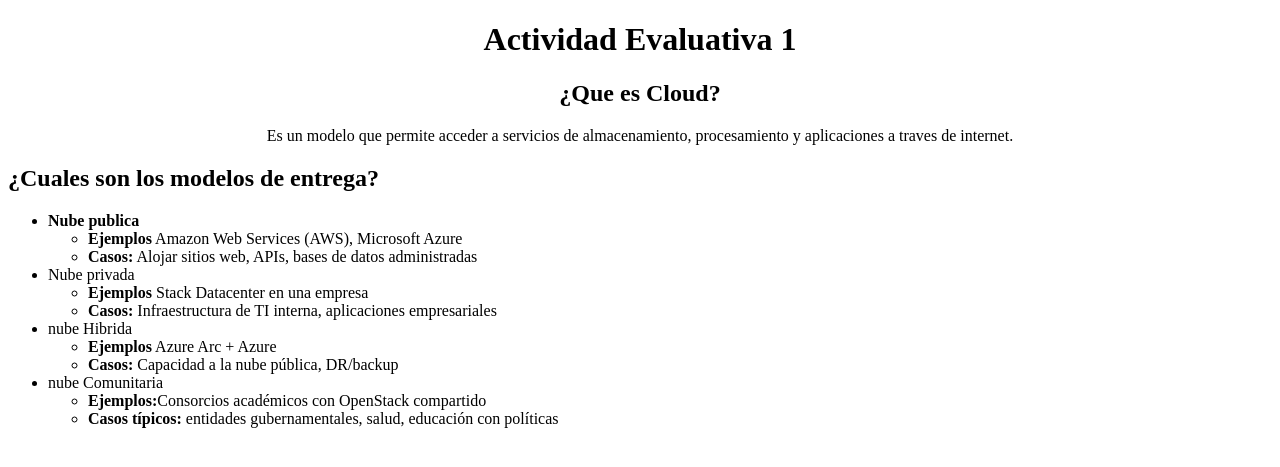
Repository: Laura-Oliveros/Actividad-Evaluativa-1
Page: LauSebas.html
These files come from the project's save history. The page is drawn as it stood at one moment and after the next save; the edit follows.
The browser window is 1280 px wide. The pictures show the whole page.

Above is the page before, as saved 2025-09-04 19:07:15.

After the next save:
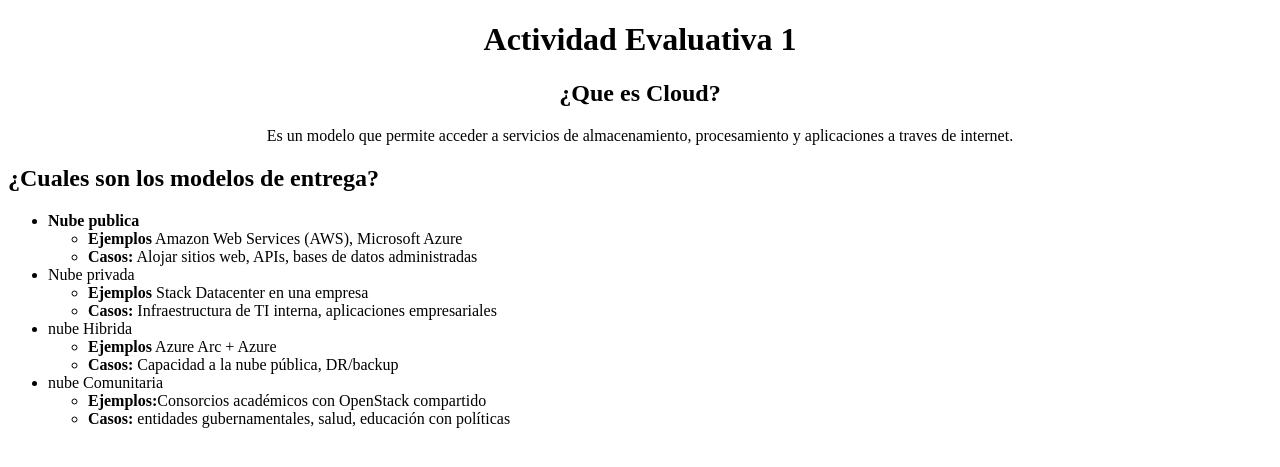
Saved 7 s later.
--- a/LauSebas.html
+++ b/LauSebas.html
@@ -36,7 +36,7 @@
             <li>nube Comunitaria</li>
             <ul>
                 <li><strong>Ejemplos:</strong>Consorcios académicos con OpenStack compartido</li>
-                <li><strong>Casos típicos:</strong> entidades gubernamentales, salud, educación con políticas</li>
+                <li><strong>Casos:</strong> entidades gubernamentales, salud, educación con políticas</li>
             </ul>
         </ul>
 
